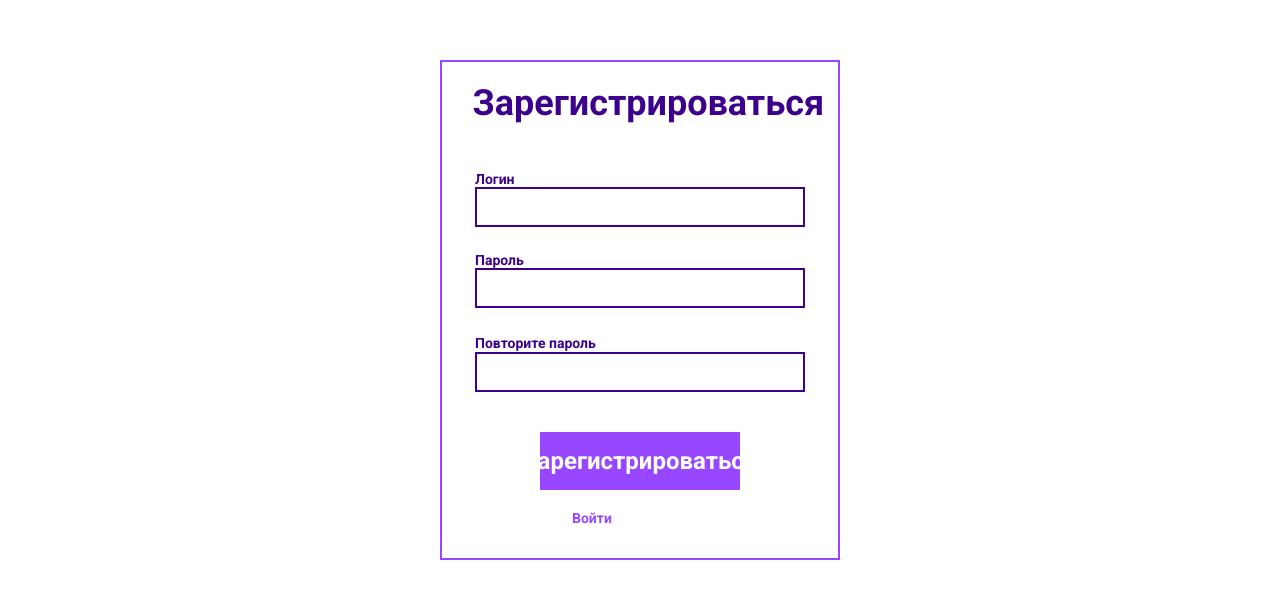
Repository: TimurZinatulin/Web_Shishki_1
Page: /profile
An editor plug-in stored every save of this project. The page is shown before and after the next save, followed by the edit.
The browser window is 1280 px wide. The pictures show the whole page.
The project was rebuilt for these pictures with package versions that can differ from the ones it lists, and the page was loaded fresh each time. Also part of the build but not shown: vite.config.js, vue.config.js, src/views/LoginView.vue, src/components/HelloWorld.vue, src/views/MainView.vue, src/views/HomeView.vue, src/views/EditView.vue, src/views/FavoriteView.vue and 4 more.

Above is the page before, as saved 2023-06-10 23:10:13.
Console error: TypeError: Cannot read properties of null (reading 'user')

After the next save:
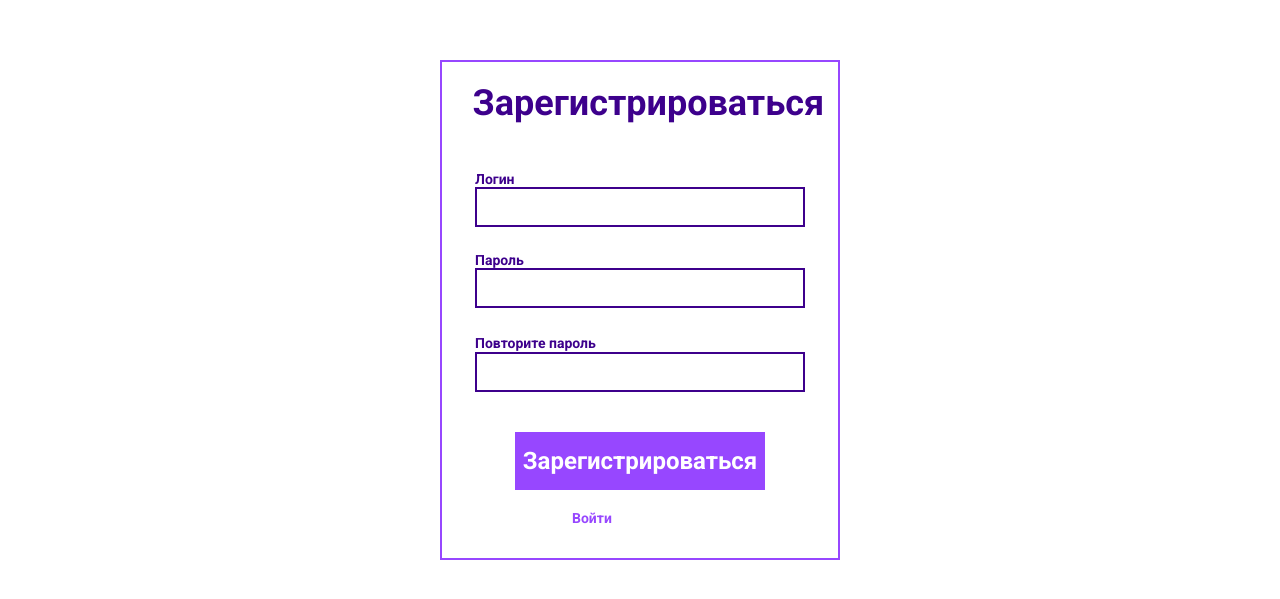
Saved 6 s later.
--- a/src/views/RegisterView.vue
+++ b/src/views/RegisterView.vue
@@ -8,7 +8,7 @@
             <input class="input1" style="top: -75px;" type="password" v-model="password">
             <p class="p" style="display:inline; position:relative; left: 0px;">Повторите пароль</p>
             <input class="input1" style="top: -70px;" type="password" v-model="password">
-            <button type="submit" id="log_btn" style="width: 200px;">Зарегистрироваться</button>
+            <button type="submit" id="log_btn" style="width: 250px;">Зарегистрироваться</button>
         </form>
     </div>
 </template>
